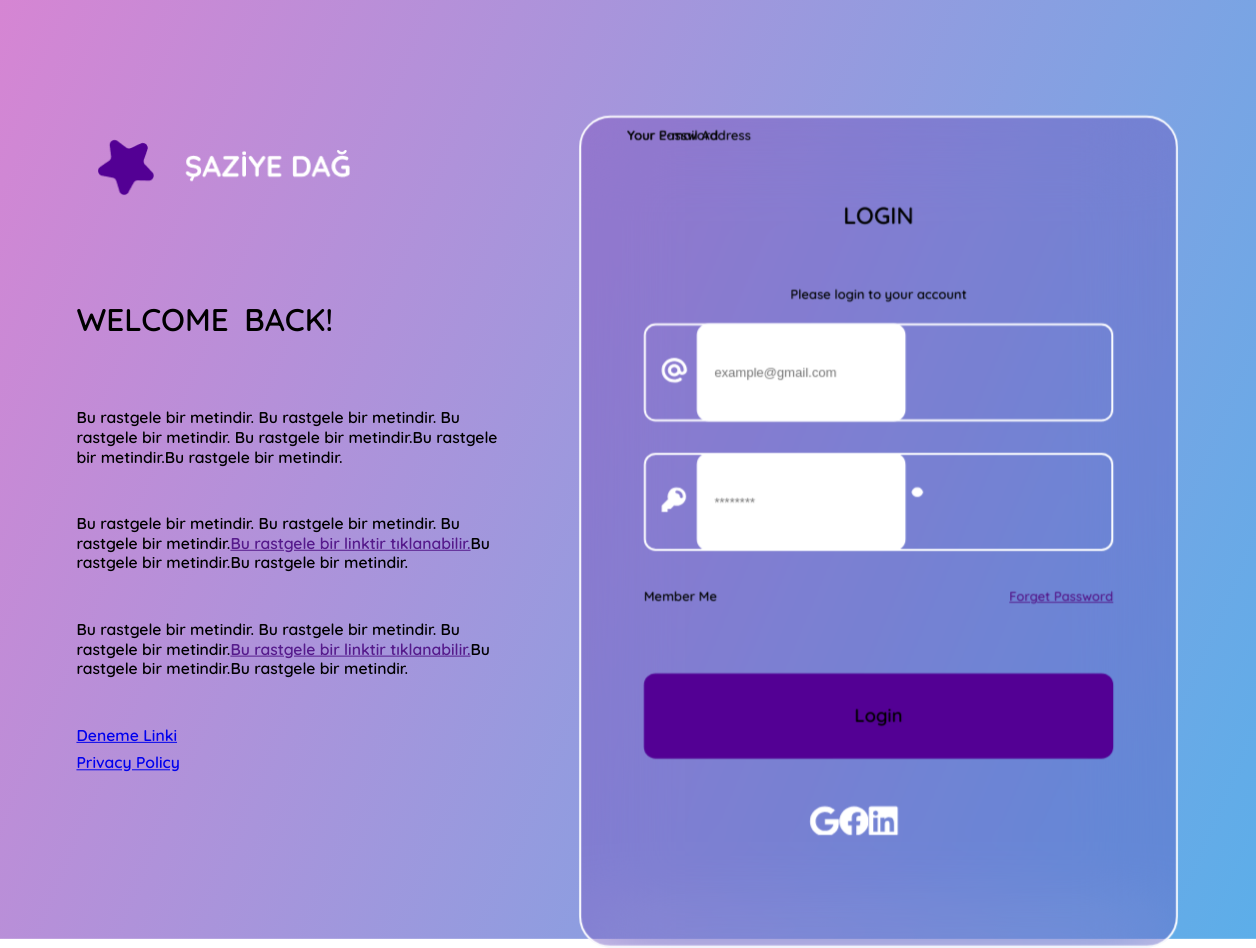
Repository: szydag/login
Page: /
An editor plug-in stored every save of this project. The page is shown before and after the next save, followed by the edit.
The browser window is 1280 px wide. The page is 1282 px wide, so the pictures cover 1282 px, including what lies to the right of the window. The pictures show the whole page, at 98% of full size.
The project was rebuilt for these pictures with package versions that can differ from the ones it lists, and the page was loaded fresh each time. Also part of the build but not shown: src/assets/svgr/unhiddenIcon/index.js.

Above is the page before, as saved 2023-10-29 20:32:12.

After the next save:
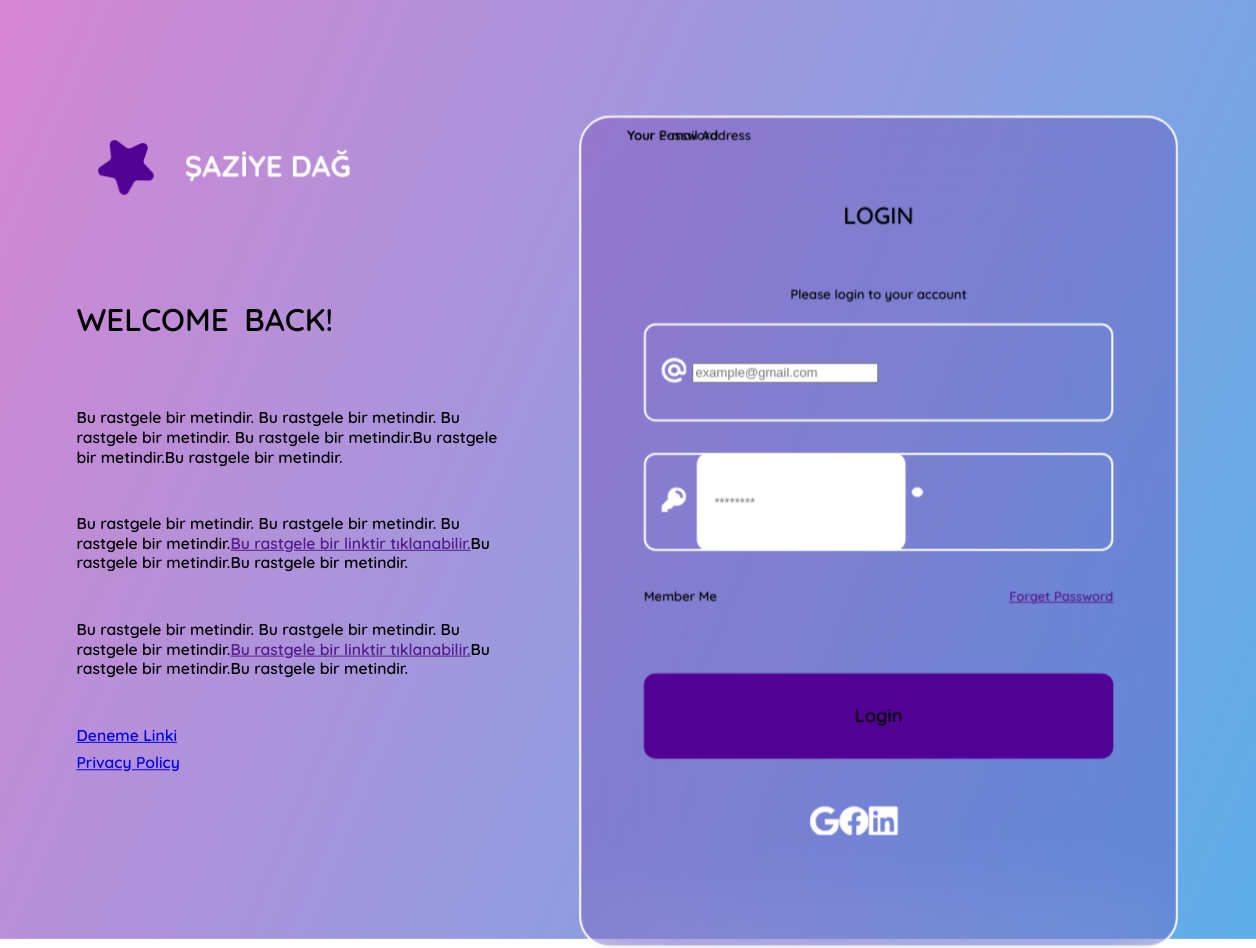
Saved 28 s later.
--- a/src/app/pages/login/index.js
+++ b/src/app/pages/login/index.js
@@ -113,7 +113,7 @@ const LoginPage = () => {
                                     size={30}
                                 />
                                 <input
-                                    className={classes.mailInput}
+                                    className={classes.input}
                                     type="text"
                                     placeholder='example@gmail.com'
                                 />
